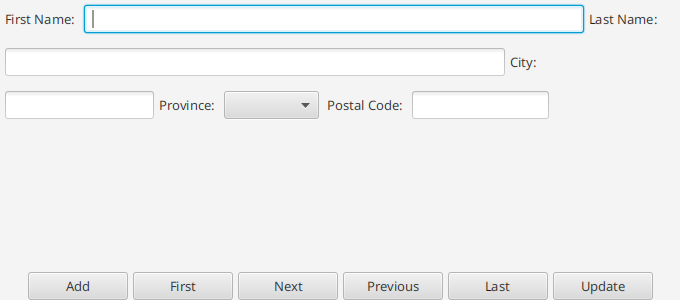
Repository: Mselenko/Java
Program's window: java w_5/JavaFx/src/task_2/AddressBook.java
An editor plug-in stored every save of this project. The program's window is shown before and after the next save, followed by the edit.
It runs on Java 21 on a 1366 x 768 screen with JavaFX 11; the title bar is not drawn.

Above is the program's window before, as saved 2019-06-22 00:36:05.

### w_5/JavaFx/src/task_2/AddressBook.java
package task_2;

import javafx.application.Application;
import javafx.geometry.Insets;
import javafx.geometry.Pos;
import javafx.scene.Scene;
import javafx.scene.control.Button;
import javafx.scene.control.Label;
import javafx.scene.control.TextField;
import javafx.stage.Stage;
import javafx.scene.layout.BorderPane;
import javafx.scene.layout.FlowPane;
import javafx.scene.layout.HBox;
import javafx.scene.control.ComboBox;


public class AddressBook extends Application {

	// AddressPanel class
	//*************************************************************************
	class AddressPanel extends BorderPane {

		//defining all necessary Textfields and buttons
		TextField FirstName = new TextField();
		TextField LastName = new TextField();
		TextField City = new TextField();
		ComboBox<String>  Province = new ComboBox();
		TextField Postal_Code = new TextField();
		TextField Result=new TextField();
		Button addBtn = new Button("Add");
		Button firstBtn = new Button("First");
		Button nextBtn = new Button("Next");
		Button previousBtn = new Button("Previous");
		Button lastBtn = new Button("Last");
		Button updateBtn = new Button("Update");
		FlowPane InfoPanel = new FlowPane(5, 5);
		HBox ButtonPanel = new HBox(5);

	// default constructor to set up all form fields
	//**********************************************************************
	public AddressPanel() {
		// set the length of the fields
		FirstName.setPrefColumnCount(40);
		LastName.setPrefColumnCount(40);
		City.setPrefColumnCount(11);
		Province.getItems().add("Ontario");
		Postal_Code.setPrefColumnCount(10);

		// add the textfields and buttons to the FlowPane
		InfoPanel.setPadding(new Insets(5));
		InfoPanel.setVgap(15);
		InfoPanel.getChildren().addAll(
									new Label("First Name: "), FirstName,
									new Label("Last Name: "), LastName,
									new Label("City: "), City,
									new Label("Province: "), Province,
									new Label(" Postal Code: "), Postal_Code);

		// set the width of the buttons
		addBtn.setPrefWidth(100);
		firstBtn.setPrefWidth(100);
		nextBtn.setPrefWidth(100);
		previousBtn.setPrefWidth(100);
		lastBtn.setPrefWidth(100);
		updateBtn.setPrefWidth(100);


		// add buttons to the HBox - horizontal button, and adjust alignment position to center
		ButtonPanel.getChildren().addAll(addBtn, firstBtn,nextBtn,previousBtn, lastBtn, updateBtn);
		ButtonPanel.setAlignment(Pos.CENTER);

        // adjust the alignments, set FlowPane to the center and buttons HBox at the bottom
		setCenter(InfoPanel);
		setBottom(ButtonPanel);

	}
}

	AddressPanel panel = new AddressPanel();

	public void start(Stage MainStage) {

		Scene scene = new Scene(panel, 680, 300);
		MainStage.setTitle("Address Book");
		MainStage.setScene(scene);
		MainStage.show();
	}

	// main method
	//**************************************************************
	public static void main(String [] args) {
		launch(args);
	}

	// end scope of the TesterClass
}

After the next save:
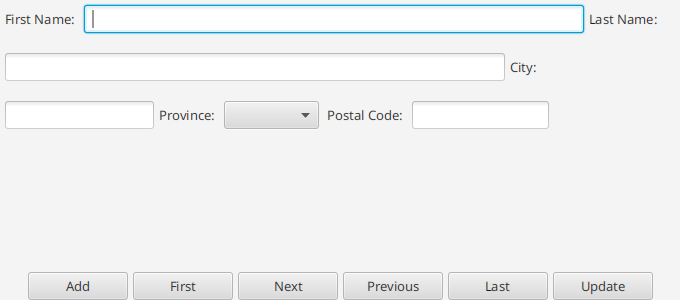
Saved 21 s later.
--- a/w_5/JavaFx/src/task_2/AddressBook.java
+++ b/w_5/JavaFx/src/task_2/AddressBook.java
@@ -48,7 +48,7 @@
 
 		// add the textfields and buttons to the FlowPane
 		InfoPanel.setPadding(new Insets(5));
-		InfoPanel.setVgap(15);
+		InfoPanel.setVgap(20);
 		InfoPanel.getChildren().addAll(
 									new Label("First Name: "), FirstName,
 									new Label("Last Name: "), LastName,
